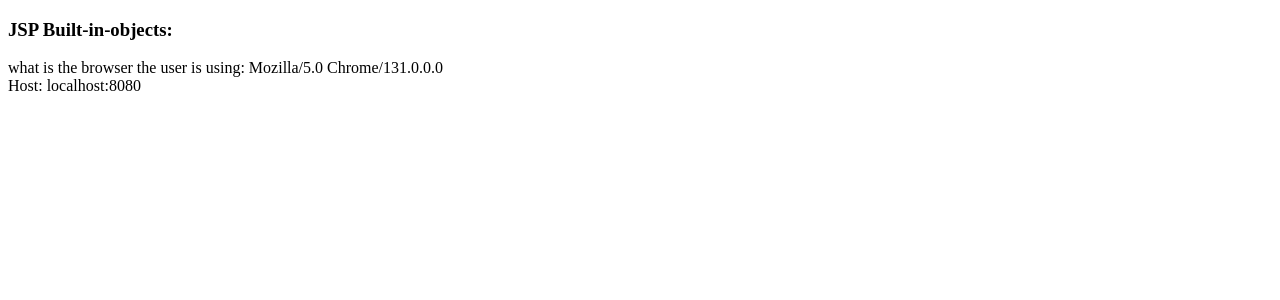
Repository: keerthana-777/01-helloworld
Page: http://localhost/01-helloworld/builtin-test.jsp
The author's editor kept a copy of each file at every save. The page is drawn from the files as they stood at one save, then again after the next save.
The browser window is 1280 px wide. The pictures show the whole page.
The page is served by Tomcat 9.

Above is the page before, as saved 2022-04-13 14:32:39.

After the next save:
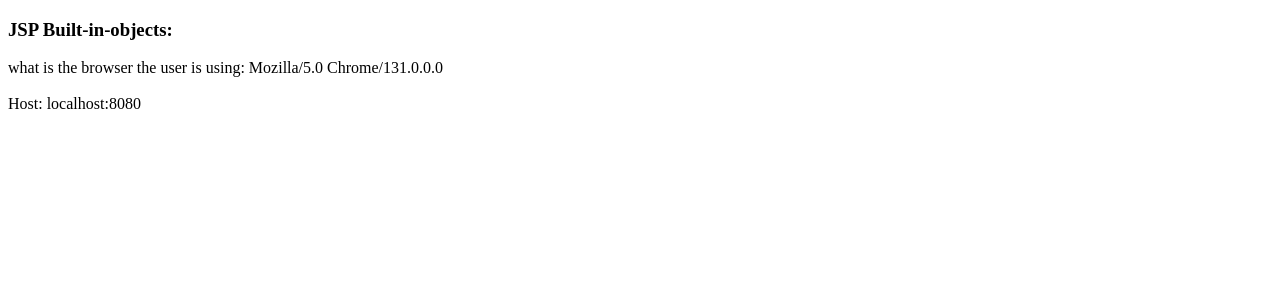
Saved 2 min 26 s later.
--- a/eclipse-workspace/01-helloworld/src/main/webapp/builtin-test.jsp
+++ b/eclipse-workspace/01-helloworld/src/main/webapp/builtin-test.jsp
@@ -10,7 +10,7 @@
   <h3>JSP Built-in-objects:</h3>
 
   what is the browser the user is using: <%= request.getHeader("user-Agent") %>
-  </br>
+   <br/> <br/>
   Host: <%= request.getHeader("Host") %>
 </body>
 </html>
